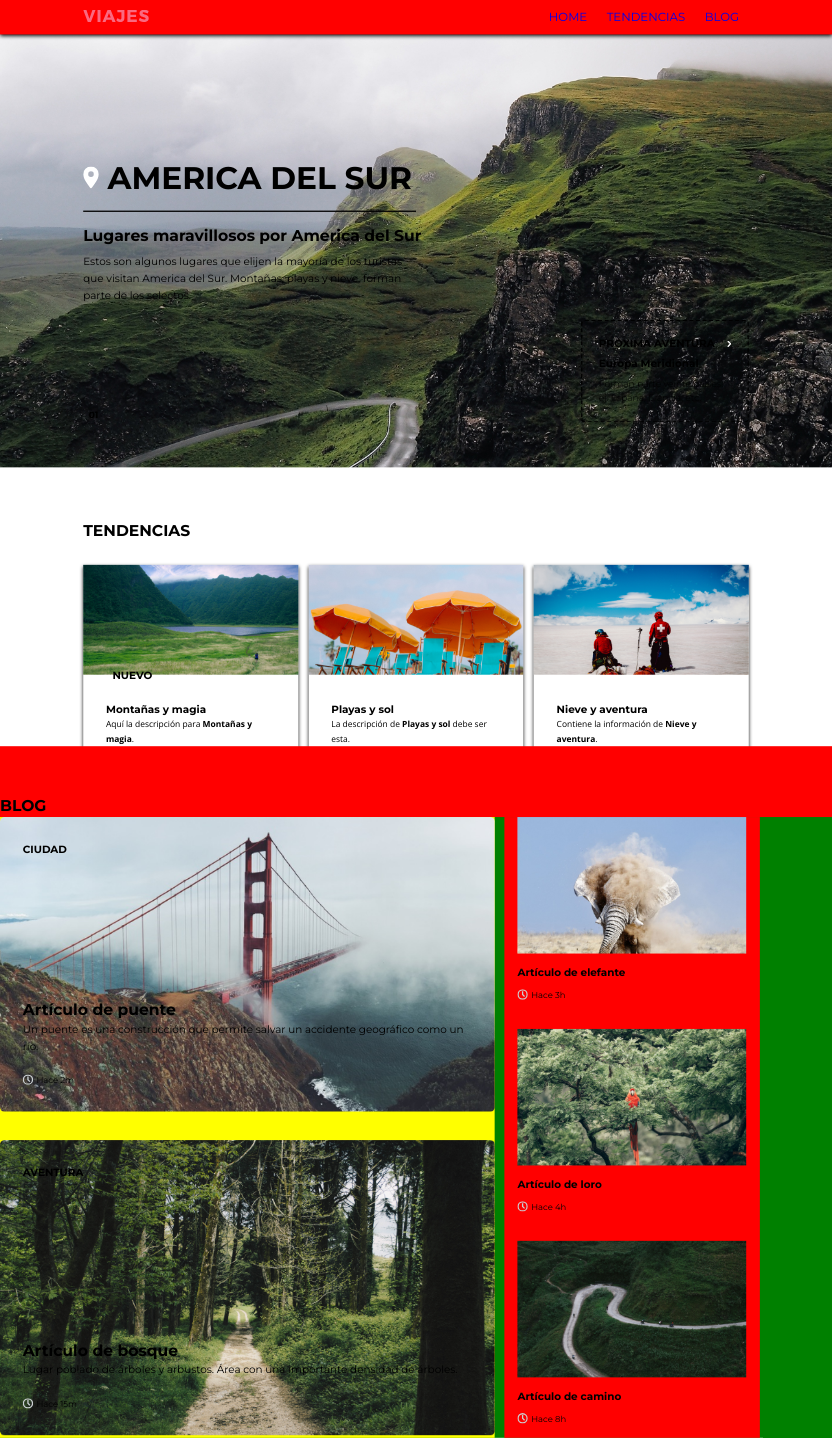
Repository: agustin-mesa/viajes
Page: /
The author's editor kept a copy of each file at every save. The page is drawn from the files as they stood at one save, then again after the next save.
The browser window is 1280 px wide. The pictures show the whole page, at 65% of full size.
The project was rebuilt for these pictures with package versions that can differ from the ones it lists, and the page was loaded fresh each time. Also part of the build but not shown: src/components/styles/colors.module.scss.

Above is the page before, as saved 2021-11-12 13:22:08.

### public/index.html
<!DOCTYPE html>
<html lang="es">
  <head>
    <meta name="author" content="Mauro Agustín Mesa" />
    <meta charset="utf-8" />
    <meta name="viewport" content="width=device-width, initial-scale=1" />
    <meta name="theme-color" content="#000000" />
    <meta
      name="description"
      content="Web site created using create-react-app"
    />
    <title>React App</title>
  </head>
  <body>
    <noscript>You need to enable JavaScript to run this app.</noscript>
    <div id="root"></div>
  </body>
</html>

### src/index.js
import React from "react";
import ReactDOM from "react-dom";
import App from "./App";
import "./index.css";

const Index = () => {
  return <App />;
};

ReactDOM.render(<Index />, document.getElementById("root"));

### src/App.js
import React from "react";
import Header from "./components/Header";
import Home from "./pages/Home";
import Tendencias from "./pages/Tendencias";
import Blog from "./pages/Blog";

const App = () => {
  return (
    <>
      <Header />
      <Home />
      <Tendencias />
      <Blog />
    </>
  );
};

export default App;

### src/index.css
@import url("https://fonts.googleapis.com/css2?family=Montserrat:wght@100;200;300;400;500;600;700&display=swap");
@import url("https://fonts.googleapis.com/css2?family=Montserrat:wght@100;200;300;400;500;600;700&family=Open+Sans:wght@400;500;600;700&display=swap");

* {
  margin: 0;
  padding: 0;
  list-style: none;
  text-decoration: none;
  border: none;
  outline: none;
  scroll-behavior: smooth;
}

body {
  margin: 0;
  -webkit-font-smoothing: antialiased;
  -moz-osx-font-smoothing: grayscale;
  font-family: "Montserrat", "Open Sans", sans-serif;
}

code {
  font-family: source-code-pro, Menlo, Monaco, Consolas, "Courier New",
    monospace;
}

### src/components/Header.js
import React from "react";
import styled from "styled-components";

// Colors
import * as colors from "./styles/colors.module.scss";

// LOGO
import logo from "../Assets/logo/logo_01.svg";

const Header = () => {
  return (
    <ContainerHeader>
      <nav>
        <div className="header__logo">
          <a href="#home">
            <img src={logo} alt="Viajes" />
          </a>
        </div>
        <ul>
          <li>
            <a href="#home">HOME</a>
          </li>
          <li>
            <a href="#tendencias">TENDENCIAS</a>
          </li>
          <li>
            <a href="#blog">BLOG</a>
          </li>
        </ul>
      </nav>
    </ContainerHeader>
  );
};

const ContainerHeader = styled.header`
  position: fixed;
  top: 0;
  left: 0;
  right: 0;
  z-index: 999;
  background: red;
  background: ${colors.white};
  box-shadow: 0px 3px 6px ${colors.blackOpac};
  nav {
    display: flex;
    flex-direction: row;
    justify-content: space-between;
    align-items: center;
    padding: 15px 10%;
    ul {
      display: flex;
      flex-direction: row;
      justify-content: flex-end;
      align-items: center;
      width: 100%;
      li a {
        padding: 15px 15px;
        font: normal normal normal 18px/13px Montserrat;
        color: ${colors.blueRelax};
        transition: all 0.2s ease;
      }
      li a:hover {
        color: ${colors.darkblue};
      }
    }
  }
`;

export default Header;

### src/pages/Home.js
import React from "react";
import styled from "styled-components";

import * as colors from "../components/styles/colors.module.scss";

// IMG
import viajesHero from "../Assets/img/Viajes_Hero.jpg";
import icPin from "../Assets/iconos/ic_pin.svg";
import icArrow from "../Assets/iconos/arrow.svg";

// Importo etiquetas default con estilos propios
import { Parrafo, Span, H3, H5 } from "../components/styles/stylesDefault";

const Home = () => {
  return (
    <ContainerHome id="home">
      <HeroWrapper>
        <div className="hero__title">
          <h1>
            <img src={icPin} alt="Pin" /> AMERICA DEL SUR
          </h1>
          <hr />
          <H3 color="white">Lugares maravillosos por America del Sur</H3>
          <Parrafo>
            Estos son algunos lugares que elijen la mayoría de los turistas que
            visitan America del Sur. Montañas, playas y nieve, forman parte de
            los selectos.
          </Parrafo>
        </div>
        <div className="hero__info">
          <H5>
            PRÓXIMA AVENTURA <img src={icArrow} alt="Arrow" />
          </H5>
          <Span color="white">Europa Meridional</Span>
          <p>
            Forman parte veinte países. <br />
            ej. España, Francia, etc.
          </p>
        </div>
      </HeroWrapper>
      <div className="slider">
        <span>01</span>
      </div>
    </ContainerHome>
  );
};

const ContainerHome = styled.div`
  width: 100%;
  height: 100vh;
  background-image: url(${viajesHero});
  background-size: cover;
  background-position: center;

  .slider {
    position: absolute;
    width: 13%;
    bottom: 60px;
    display: flex;
    align-items: center;
    justify-content: flex-end;
    z-index: 1;
    span {
      display: flex;
      align-items: center;
      justify-content: center;
      width: 45px;
      height: 45px;
      background: ${colors.white};
      border-radius: 50px;
      font: normal normal bold 14px/22px Montserrat;
    }
    span::after {
      content: "";
      position: absolute;
      width: 70px;
      height: 70px;
      background: ${colors.whiteOpac};
      border-radius: 50px;
      z-index: -2;
    }
    span::before {
      content: "";
      position: absolute;
      left: 0;
      width: 100%;
      height: 5px;
      background: ${colors.pink};
      z-index: -1;
    }
  }
`;

const HeroWrapper = styled.div`
  position: absolute;
  top: 0;
  bottom: 0;
  left: 10%;
  right: 10%;
  display: flex;
  align-items: center;
  .hero__title {
    display: flex;
    align-items: flex-start;
    justify-content: center;
    flex-direction: column;
    color: ${colors.white};

    h1 {
      font: normal normal bold 48px/42px Montserrat;
    }
    hr {
      width: 50%;
      border-bottom: 2px solid ${colors.white};
      margin: 30px 0 20px;
    }
  }

  .hero__info {
    position: absolute;
    right: 0;
    bottom: 70px;
    background: ${colors.darkblueOpac} 0% 0% no-repeat padding-box;
    border: 2px dashed ${colors.whiteOpac};
    border-radius: 6px;
    padding: 25px;

    p {
      font: normal normal 300 14px/22px Montserrat;
      color: ${colors.white};
      margin: 10px 0 0;
    }
  }
`;

export default Home;

### src/pages/Tendencias.js
import React from "react";
import styled from "styled-components";

// Colors
import * as colors from "../components/styles/colors.module.scss";

// IMG
import card01 from "../Assets/img/card_01.png";
import card02 from "../Assets/img/card_02.png";
import card03 from "../Assets/img/card_03.png";

// Importo etiquetas default con estilos propios
import { H3 } from "../components/styles/stylesDefault";

// Components
import TendenciaItem from "../components/TendenciaItem";

const Tendencias = () => {
  // Simulo una base de datos para luego imprimir cada CARD.
  // Aunque también se podría hacer manualmente usando el componente
  // TendenciaItem y usar sus props, pero la manera más eficiente es el de
  // simular una base de datos; tranquilamente se muestra cada CARD con tan solo
  // agregar un objeto más dentro del array.
  const tendencias = [
    {
      src: card01,
      isNew: true,
      titulo: "Montañas y magia",
      descripcion: (
        <>
          Aquí la descripción para <b>Montañas y magia</b>.
        </>
      ),
    },
    {
      src: card02,
      isNew: false,
      titulo: "Playas y sol",
      descripcion: (
        <>
          La descripción de <b>Playas y sol</b> debe ser esta.
        </>
      ),
    },
    {
      src: card03,
      isNew: false,
      titulo: "Nieve y aventura",
      descripcion: (
        <>
          Contiene la información de <b>Nieve y aventura</b>.
        </>
      ),
    },
  ];

  return (
    <ContainerTendencias id="tendencias">
      <div className="tendencias">
        <div className="tendencias__header">
          <H3 color="darkblue">TENDENCIAS</H3>
        </div>
        <div className="tendencias__body">
          {tendencias.map((tendencia, i) => {
            return (
              <TendenciaItem
                src={tendencia.src}
                nuevo={tendencia.isNew}
                titulo={tendencia.titulo}
                descripcion={tendencia.descripcion}
                key={i}
              />
            );
          })}
        </div>
      </div>
    </ContainerTendencias>
  );
};

const ContainerTendencias = styled.section`
  height: 90vh;
  padding: 80px 10% 0;
  background: ${colors.grey};

  .tendencias__body {
    display: flex;
    align-items: center;
    margin: 35px 0 0;

    div:last-child {
      margin: 0;
    }
  }
  .tendencias__header {
    width: 100%;
  }
`;

export default Tendencias;

### src/pages/Blog.js
import React from "react";
import styled from "styled-components";

// Colors
import * as colors from "../components/styles/colors.module.scss";

// IMG
import artBig01 from "../Assets/img/articulo_big_01.png";
import artBig02 from "../Assets/img/articulo_big_02.png";
import artSmall01 from "../Assets/img/articulo_small_01.png";
import artSmall02 from "../Assets/img/articulo_small_02.png";
import artSmall03 from "../Assets/img/articulo_small_03.png";

// Importo etiquetas default con estilos propios
import { H3 } from "../components/styles/stylesDefault";

// Components
import BigNewItem from "../components/BigNewItem";
import SmallNewItem from "../components/SmallNewItem";

const Blog = () => {
  const articulosBig = [
    {
      src: artBig01,
      tipo: "CIUDAD",
      titulo: "Artículo de puente",
      descripcion:
        "Un puente es una construcción que permite salvar un accidente geográfico como un río.",
      time: "2m",
    },
    {
      src: artBig02,
      tipo: "AVENTURA",
      titulo: "Artículo de bosque",
      descripcion:
        "Lugar poblado de árboles y arbustos. Área con una importante densidad de árboles.",
      time: "15m",
    },
  ];

  const articulosSmall = [
    {
      src: artSmall01,
      titulo: "Artículo de elefante",
      time: "3h",
    },
    {
      src: artSmall02,
      titulo: "Artículo de loro",
      time: "4h",
    },
    {
      src: artSmall03,
      titulo: "Artículo de camino",
      time: "8h",
    },
  ];

  return (
    <ContainerBlog>
      <div className="blog" id="blog">
        <div className="blog__header">
          <H3 color="darkblue">BLOG</H3>
        </div>
        <div className="blog__body">
          <article className="blog__article">
            {articulosBig.map((articulo, i) => {
              return (
                <BigNewItem
                  src={articulo.src}
                  tipo={articulo.tipo}
                  titulo={articulo.titulo}
                  descripcion={articulo.descripcion}
                  time={articulo.time}
                  key={i}
                />
              );
            })}
          </article>
          <aside className="blog__aside">
            {articulosSmall.map((articulo, i) => {
              return (
                <SmallNewItem
                  src={articulo.src}
                  titulo={articulo.titulo}
                  time={articulo.time}
                  key={i}
                />
              );
            })}
          </aside>
        </div>
      </div>
    </ContainerBlog>
  );
};

const ContainerBlog = styled.section`
  position: relative;
  height: 95vh;
  padding: 80px 10% 0;
  background: ${colors.white};

  .blog {
    position: absolute;
    top: -300px;
    left: 0;
    width: 100%;
    height: 100%;
    background: red;
    display: flex;
    align-items: center;
    justify-content: flex-start;
    flex-direction: column;
    padding: 75px 0 50px;
  }
  .blog__body {
    display: grid;
    gap: 15px;
    width: 100%;
    background: green;

    grid-template: ".blog__article .blog__aside" auto / auto;
  }
  .blog__header {
    width: 100%;
  }
  .blog__article {
    display: flex;
    align-items: center;
    justify-content: flex-start;
    flex-direction: column;

    background: yellow;
    article:first-child {
      margin: 0 0 40px;
    }
  }
  .blog__aside {
    background: red;
    display: flex;
    align-items: center;
    justify-content: flex-start;
    flex-direction: column;
    article:last-child {
      margin: 0;
    }
  }
  /*
  @media only screen and (max-width: 1020px) {
    .blog__body {
      grid-template-areas: ".blog__article" ".blog__aside";
    }
  }*/
`;

export default Blog;

### src/components/styles/stylesDefault.js
import styled from "styled-components";

// Colors
import * as colors from "./colors.module.scss";

const Parrafo = styled.p`
  margin: 10px 0 0;
  font: normal normal normal 16px/26px Montserrat;
  width: 50%;
  color: ${colors.white};
`;

const H3 = styled.h3`
  font: normal normal bold 24px/34px Montserrat;
  color: ${(props) => {
    if (props.color === "white") return colors.white;
    if (props.color === "darkblue") return colors.darkblue;
  }};
`;

const H5 = styled.h5`
  font: normal normal bold 16px/20px Montserrat;
  color: ${colors.pink};
  margin: 0 0 10px;
  img {
    margin: 0 0 0 15px;
  }
`;

const Span = styled.span`
  font: normal normal bold 16px/20px Montserrat;
  color: ${(props) => {
    if (props.color === "white") return colors.white;
    if (props.color === "darkblue") return colors.darkblue;
  }};
`;

export { Parrafo, Span, H3, H5 };

### src/components/TendenciaItem.js
import React from "react";
import styled from "styled-components";

// Colors
import * as colors from "./styles/colors.module.scss";

import { Span } from "./styles/stylesDefault";

const TendenciaItem = ({ src, nuevo, titulo, descripcion }) => {
  return (
    <TenItem>
      <div className="tendencia-item__img">
        <img src={src} alt={titulo} />
      </div>
      <div className="tendencia-item__new">{nuevo && <span>NUEVO</span>}</div>
      <div className="tendencia-item__descrip">
        <Span color="darkblue">{titulo}</Span>
        <p>{descripcion}</p>
      </div>
    </TenItem>
  );
};

const TenItem = styled.div`
  background: ${colors.white} 0% 0% no-repeat padding-box;
  box-shadow: 0px 3px 6px ${colors.blackOpac};
  border-radius: 0 0 6px 6px;
  margin: 0 16px 0 0;
  width: 100%;

  .tendencia-item__img img {
    width: 100%;
  }
  .tendencia-item__new {
    width: 100%;
    position: relative;
    span {
      position: absolute;
      top: -20px;
      left: 35px;
      background: ${colors.pink};
      border-radius: 6px;
      padding: 10px;
      font: normal normal bold 16px/13px Montserrat;
      color: ${colors.white};
    }
  }
  .tendencia-item__descrip {
    padding: 40px 35px;
    p {
      font: normal normal normal 13px/23px Open Sans;
      color: ${colors.greyBlue};
    }
  }
`;

export default TendenciaItem;

### src/components/BigNewItem.js
import React from "react";
import styled from "styled-components";

// Importo etiquetas default con estilos propios
import { Span, H3, Parrafo } from "../components/styles/stylesDefault";
import Time from "./Time";

const BigNewItem = ({ src, tipo, titulo, descripcion, time }) => {
  return (
    <NewItemBig>
      <img className="img__bg" src={src} alt={titulo} />
      <div className="newItem__info">
        <div className="info__header">
          <Span color="white">{tipo}</Span>
        </div>
        <div className="info__body">
          <H3 color="white">{titulo}</H3>
          <Parrafo>{descripcion}</Parrafo>
          <Time time={time} />
        </div>
      </div>
    </NewItemBig>
  );
};

const NewItemBig = styled.article`
  position: relative;
  border-radius: 6px;
  width: 100%;

  .img__bg {
    width: 100%;
    min-width: 500px;
  }
  .newItem__info {
    position: absolute;
    top: 40px;
    left: 35px;
    right: 35px;
    bottom: 40px;
    display: flex;
    flex-direction: column;
    justify-content: space-between;
  }
  .info__body p {
    width: 100%;
    margin: 0 0 25px;
  }
`;

export default BigNewItem;

### src/components/SmallNewItem.js
import React from "react";
import styled from "styled-components";

// Importo etiquetas default con estilos propios
import { Span } from "../components/styles/stylesDefault";

// Components
import Time from "./Time";

const SmallNewItem = ({ src, titulo, time }) => {
  return (
    <NewItemSmall>
      <img className="img__bg" src={src} alt={titulo} />
      <Span className="titulo" color="darkblue">
        {titulo}
      </Span>
      <Time time={time} />
    </NewItemSmall>
  );
};

const NewItemSmall = styled.article`
  display: flex;
  align-items: start;
  justify-content: center;
  flex-direction: column;
  margin: 0 0 40px;
  span.titulo {
    margin: 20px 0 10px;
  }
  .img__bg {
    width: 100%;
    min-width: 300px;
  }
`;

export default SmallNewItem;

### src/components/Time.js
import React from "react";
import styled from "styled-components";

// Colors
import * as colors from "./styles/colors.module.scss";

// IMG
import icTime from "../Assets/iconos/time.svg";

const Time = ({ time }) => {
  return (
    <Timer>
      <img src={icTime} alt="Time" /> Hace {time}
    </Timer>
  );
};

const Timer = styled.span`
  display: flex;
  align-items: center;
  font: normal normal normal 13px/26px Montserrat;
  color: ${colors.blueRelax};
  img {
    margin: 0 5px 0 0;
  }
`;
export default Time;

After the next save:
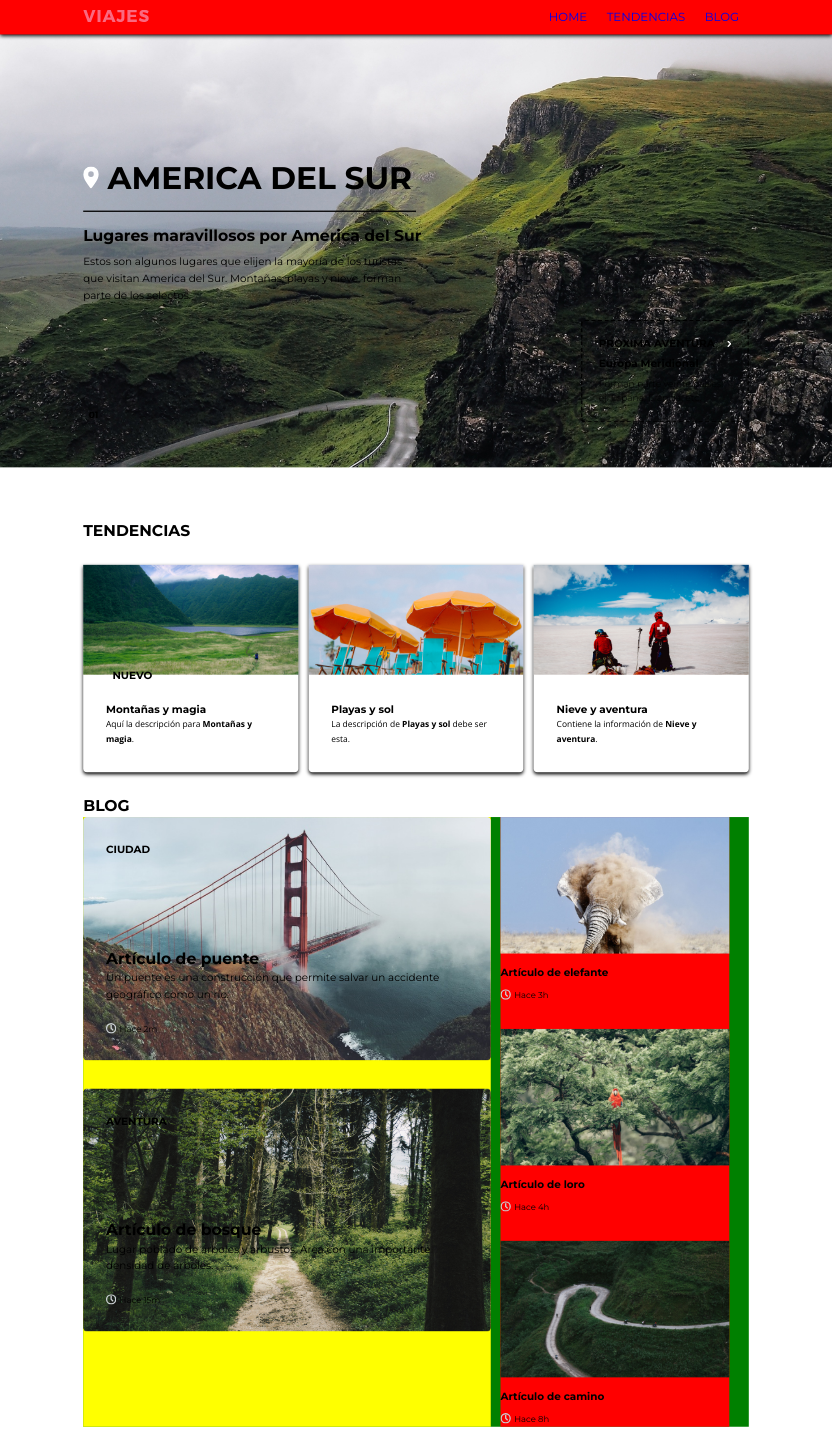
Saved 24 s later.
--- a/src/pages/Blog.js
+++ b/src/pages/Blog.js
@@ -104,10 +104,9 @@ const ContainerBlog = styled.section`
   .blog {
     position: absolute;
     top: -300px;
-    left: 0;
-    width: 100%;
-    height: 100%;
-    background: red;
+    left: 10%;
+    right: 10%;
+    bottom: 0;
     display: flex;
     align-items: center;
     justify-content: flex-start;
